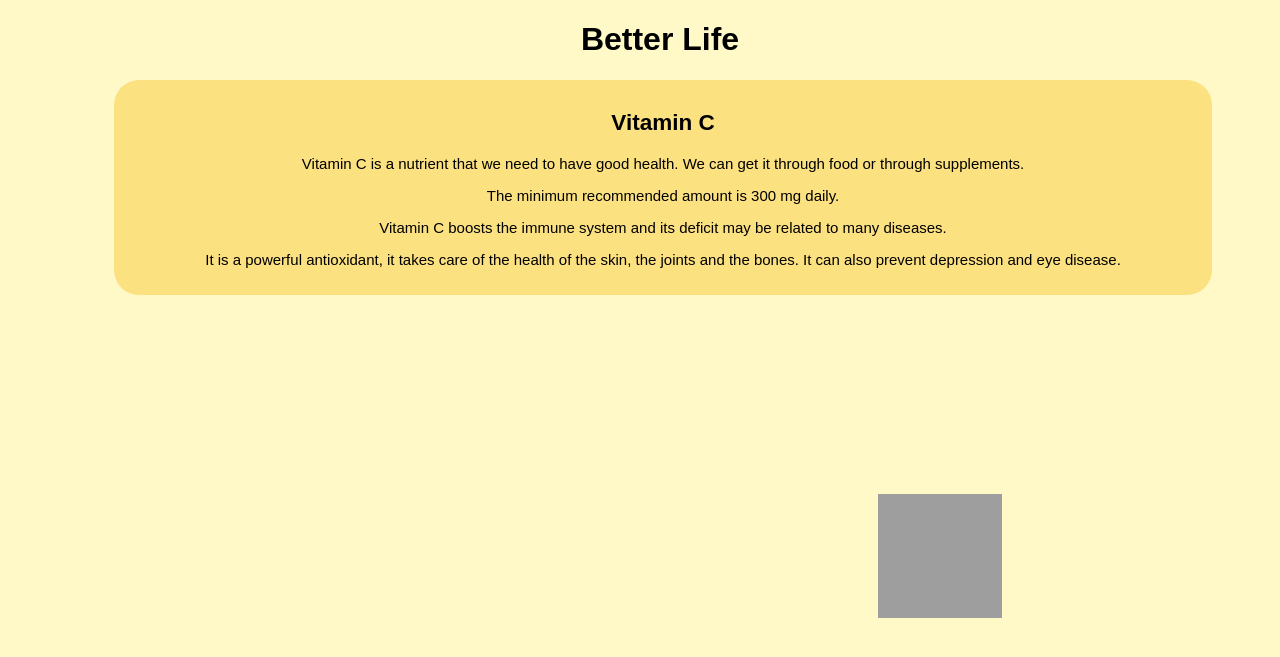
Repository: DSerenoG/Assessment2
Page: suplement_1.html
The author's editor kept a record of every edit. The page is drawn from the files as they stood at one moment, then again after the next edit.
The browser window is 1280 px wide. The pictures show the whole page.
Pictures or frames that could not be fetched are drawn as grey boxes.

Above is the page before.

After the next edit:
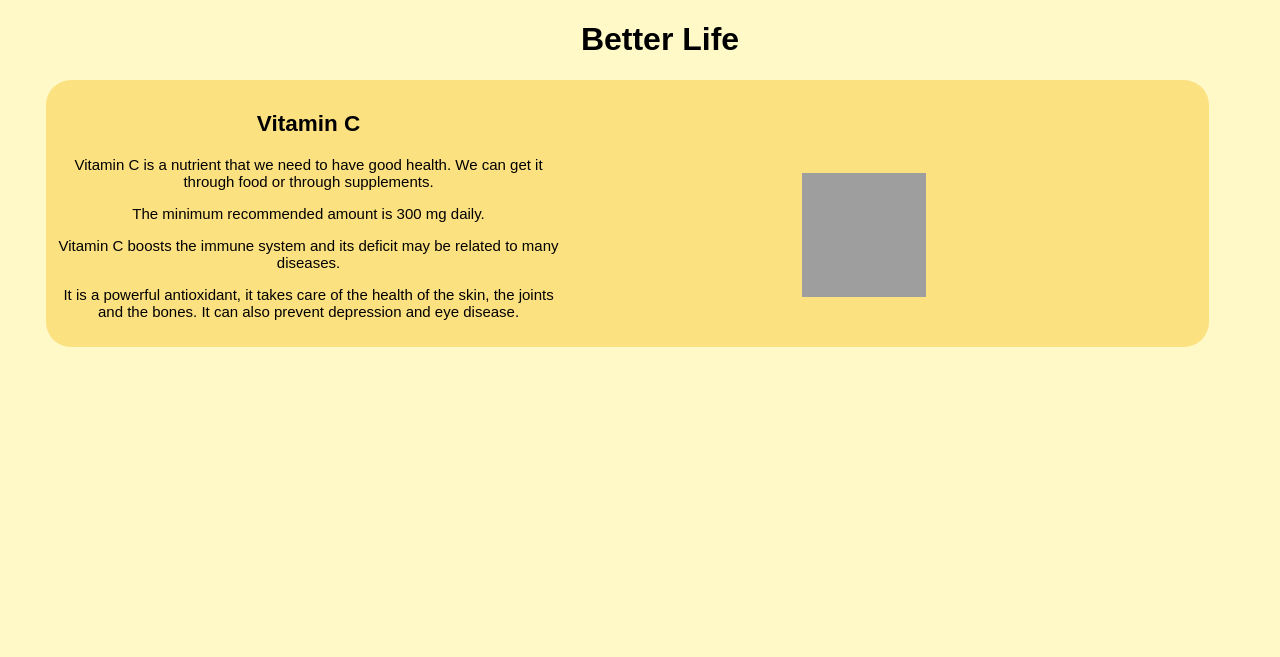
The edit:
--- a/suplement_1.html
+++ b/suplement_1.html
@@ -14,8 +14,8 @@
         </ul>
     </div>
 
-    <div id = "main_section">
-        <div id="d1">
+    <div id = "d1">
+        <div id = "text">
             <h2>Vitamin C</h2>
             <p>Vitamin C is a nutrient that we need to have good health. We can get it through food or through supplements.</p>
             <p>The minimum recommended amount is 300 mg daily.</p>
